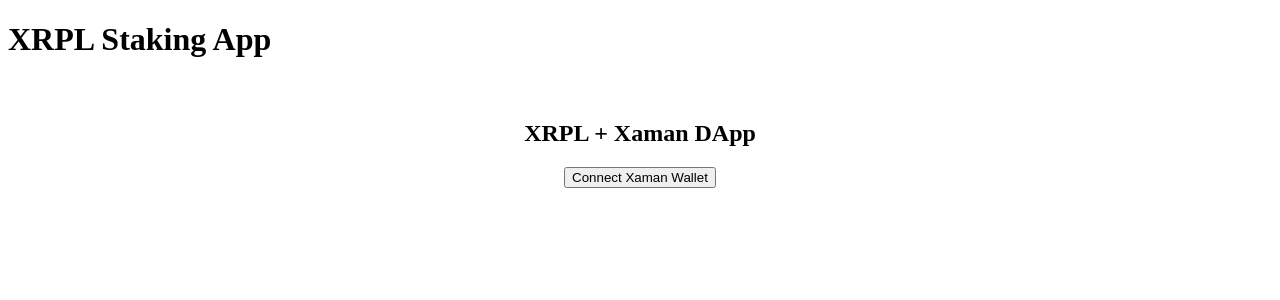
Repository: pbryzek/hackathon-xrpl
Page: / (app in xrpl-dapp/)
An editor plug-in stored every save of this project. The page is shown before and after the next save, followed by the edit.
The browser window is 1280 px wide. The pictures show the whole page.
The project was rebuilt for these pictures with package versions that can differ from the ones it lists, and the page was loaded fresh each time.

Above is the page before, as saved 2025-03-14 13:06:32.

### xrpl-dapp/index.html
<!DOCTYPE html>
<html lang="en">
<head>
    <meta charset="UTF-8">
    <meta name="viewport" content="width=device-width, initial-scale=1.0">
    <title>XRPL Dapp</title>
</head>
<body>
    <div id="root"></div>  <!-- ✅ Ensure this exists -->
    <script type="module" src="/src/main.tsx"></script>
</body>
</html>

### xrpl-dapp/src/main.tsx
import React from "react";
import ReactDOM from "react-dom/client";
import App from "./App";

const rootElement = document.getElementById("root");

if (!rootElement) {
  console.error("🚨 Error: Root container `#root` not found in index.html.");
} else {
  ReactDOM.createRoot(rootElement).render(
    <React.StrictMode>
      <App />
    </React.StrictMode>
  );
}

### xrpl-dapp/src/App.tsx
import React from "react";
import XamanAuth from "./components/XamanAuth"; // Import the authentication component

const App: React.FC = () => {
  return (
    <div>
      <h1>XRPL Staking App</h1>
      <XamanAuth />
    </div>
  );
};

export default App;

### xrpl-dapp/src/components/XamanAuth.tsx
import React, { useState, useEffect } from "react";
import { XummPkce } from "xumm-oauth2-pkce";
import * as xrpl from "xrpl";

const xumm = new XummPkce("bedfb834-633e-4443-9dcc-eebf2bfd9562", "http://localhost:5174"
);

const XamanAuth: React.FC = () => {
  const [account, setAccount] = useState<string | null>(null);
  const [balance, setBalance] = useState<string | null>(null);
  const [isLoading, setIsLoading] = useState<boolean>(false);

  useEffect(() => {
    const storedAccount = localStorage.getItem("xrplAccount");
    if (storedAccount) {
      setAccount(storedAccount);
      fetchBalance(storedAccount);
    }
  }, []);

  const connectWallet = async () => {
    setIsLoading(true);
    try {
      console.log("🔄 Starting Xumm authentication...");
      await xumm.authorize();  // 🔥 Initiate login

      console.log("✅ Xumm authorization completed. Checking state...");
      const state = await xumm.state(); // Get state after authentication

      if (!state) {
        throw new Error("🚨 Xumm state is undefined!");
      }

      console.log("✅ Xumm state received:", state);

      const userAccount = state?.me?.account ?? null;
      if (!userAccount) {
        throw new Error("🚨 Failed to retrieve XRPL account from Xumm.");
      }

      console.log("✅ User account detected:", userAccount);

      setAccount(userAccount);
      localStorage.setItem("xrplAccount", userAccount);
      fetchBalance(userAccount);
    } catch (error) {
      console.error("❌ Xumm authentication failed:", error);
    } finally {
      setIsLoading(false);
    }
  };


  const fetchBalance = async (walletAddress: string) => {
    try {
      const client = new xrpl.Client("wss://s.altnet.rippletest.net/");
      await client.connect();
      const response = await client.request({
        command: "account_info",
        account: walletAddress,
        ledger_index: "validated",
      });
      const xrpBalance = xrpl.dropsToXrp(response.result.account_data.Balance);
      setBalance(xrpBalance.toString()); // ✅ Fix: Ensure string format
      client.disconnect();
    } catch (error) {
      console.error("Error fetching balance:", error);
    }
  };

  return (
    <div style={{ textAlign: "center", padding: "20px" }}>
      <h2>XRPL + Xaman DApp</h2>
      {!account ? (
        <button onClick={connectWallet} disabled={isLoading}>
          {isLoading ? "Connecting..." : "Connect Xaman Wallet"}
        </button>
      ) : (
        <>
          <p><strong>Connected Wallet:</strong> {account}</p>
          <p><strong>Balance:</strong> {balance} XRP</p>
        </>
      )}
    </div>
  );
};

export default XamanAuth;

After the next save:
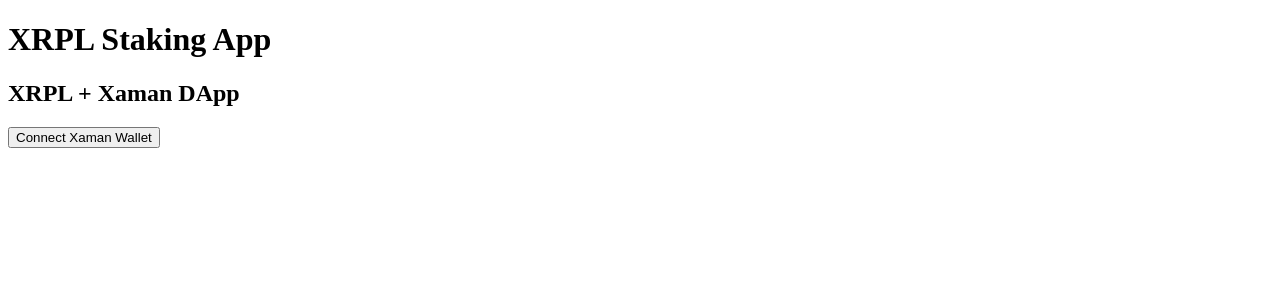
Saved 5 s later.
--- a/xrpl-dapp/src/components/XamanAuth.tsx
+++ b/xrpl-dapp/src/components/XamanAuth.tsx
@@ -2,8 +2,10 @@
 import { XummPkce } from "xumm-oauth2-pkce";
 import * as xrpl from "xrpl";
 
-const xumm = new XummPkce("bedfb834-633e-4443-9dcc-eebf2bfd9562", "http://localhost:5174"
-);
+const xumm = new XummPkce({
+  apiKey: "bedfb834-633e-4443-9dcc-eebf2bfd9562",
+  redirectUri: "http://localhost:5173",
+});
 
 const XamanAuth: React.FC = () => {
   const [account, setAccount] = useState<string | null>(null);
@@ -21,35 +23,27 @@
   const connectWallet = async () => {
     setIsLoading(true);
     try {
-      console.log("🔄 Starting Xumm authentication...");
-      await xumm.authorize();  // 🔥 Initiate login
-
-      console.log("✅ Xumm authorization completed. Checking state...");
-      const state = await xumm.state(); // Get state after authentication
+      await xumm.authorize();
+      const state = await xumm.state();
 
       if (!state) {
-        throw new Error("🚨 Xumm state is undefined!");
+        throw new Error("Xumm state is undefined!");
       }
-
-      console.log("✅ Xumm state received:", state);
 
       const userAccount = state?.me?.account ?? null;
       if (!userAccount) {
-        throw new Error("🚨 Failed to retrieve XRPL account from Xumm.");
+        throw new Error("Failed to retrieve XRPL account from Xumm.");
       }
-
-      console.log("✅ User account detected:", userAccount);
 
       setAccount(userAccount);
       localStorage.setItem("xrplAccount", userAccount);
       fetchBalance(userAccount);
     } catch (error) {
-      console.error("❌ Xumm authentication failed:", error);
+      console.error("Xumm authentication failed:", error);
     } finally {
       setIsLoading(false);
     }
   };
-
 
   const fetchBalance = async (walletAddress: string) => {
     try {
@@ -61,7 +55,7 @@
         ledger_index: "validated",
       });
       const xrpBalance = xrpl.dropsToXrp(response.result.account_data.Balance);
-      setBalance(xrpBalance.toString()); // ✅ Fix: Ensure string format
+      setBalance(xrpBalance.toString());
       client.disconnect();
     } catch (error) {
       console.error("Error fetching balance:", error);
@@ -69,18 +63,26 @@
   };
 
   return (
-    <div style={{ textAlign: "center", padding: "20px" }}>
-      <h2>XRPL + Xaman DApp</h2>
-      {!account ? (
-        <button onClick={connectWallet} disabled={isLoading}>
-          {isLoading ? "Connecting..." : "Connect Xaman Wallet"}
-        </button>
-      ) : (
-        <>
-          <p><strong>Connected Wallet:</strong> {account}</p>
-          <p><strong>Balance:</strong> {balance} XRP</p>
-        </>
-      )}
+    <div className="flex justify-center items-center h-screen bg-background">
+      <div className="backdrop-blur-glass bg-white/30 p-6 rounded-2xl shadow-glow text-center w-[400px] border border-white/40">
+        <h2 className="text-2xl font-semibold text-primary mb-4">XRPL + Xaman DApp</h2>
+
+        {!account ? (
+          <button
+            onClick={connectWallet}
+            disabled={isLoading}
+            className="bg-secondary text-white px-5 py-2 rounded-lg hover:bg-opacity-80 transition"
+          >
+            {isLoading ? "Connecting..." : "Connect Xaman Wallet"}
+          </button>
+        ) : (
+          <>
+            <p className="text-lg text-white/90 mb-2">Connected Wallet:</p>
+            <p className="text-white text-lg font-bold">{account}</p>
+            <p className="text-sm text-white/70 mt-2">Balance: {balance} XRP</p>
+          </>
+        )}
+      </div>
     </div>
   );
 };
